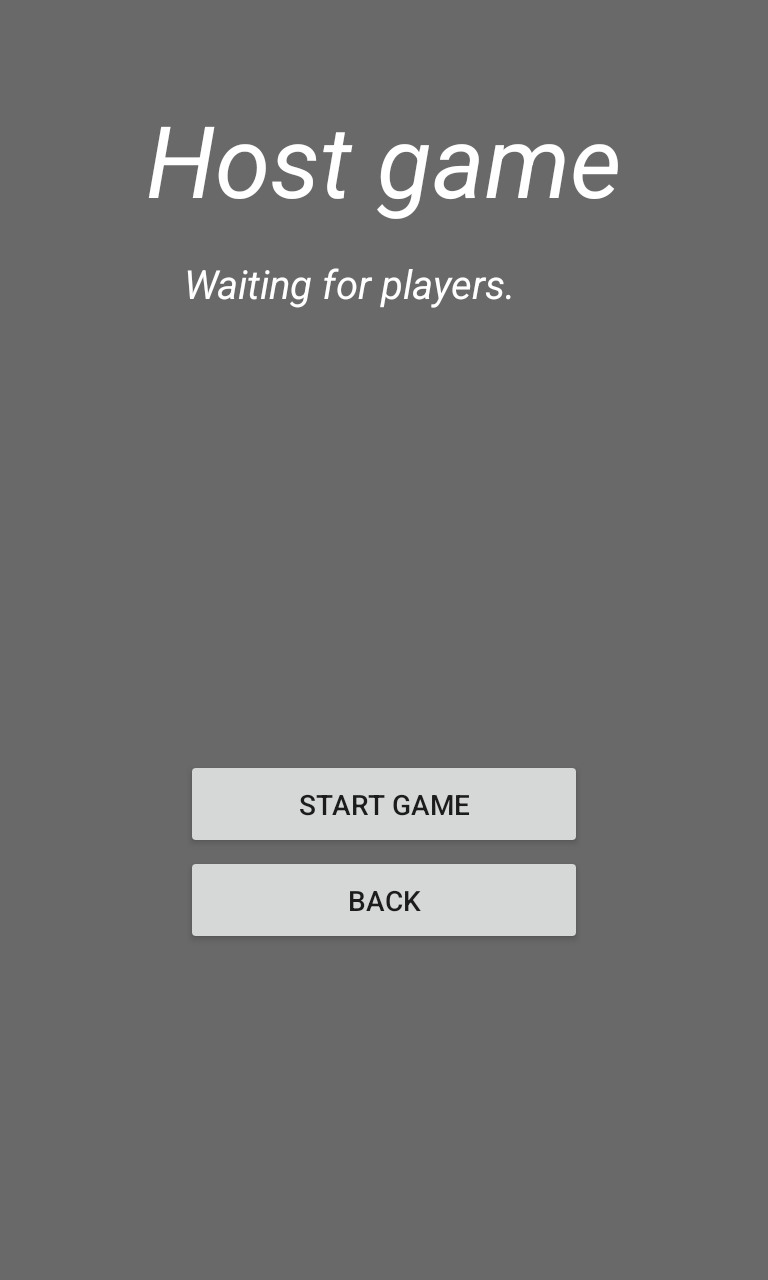
Repository: Hannanina/GuessTag
Layout: GuessTag/res/layout/activity_wait_guest.xml
An editor plug-in stored every save of this project. The layout is shown before and after the next save, followed by the edit.
It is drawn on a 768 x 1280 px phone screen (xhdpi) without system bars, with theme AppTheme; the app's code is not run. Lists and similar views that code fills are empty.

Above is the layout before, as saved 2014-12-10 15:07:51.

### GuessTag/res/layout/activity_wait_guest.xml
<LinearLayout xmlns:android="http://schemas.android.com/apk/res/android"
    xmlns:tools="http://schemas.android.com/tools"
    android:layout_width="match_parent"
    android:layout_height="match_parent"
    android:paddingBottom="@dimen/activity_vertical_margin"
    android:paddingLeft="@dimen/activity_horizontal_margin"
    android:paddingRight="@dimen/activity_horizontal_margin"
    android:paddingTop="@dimen/activity_vertical_margin"
    android:orientation="vertical"
    android:background="@color/DimGray"
    tools:context="com.example.guesstag.WaitGuestActivity" >

    <TextView
        android:id="@+id/host_wait_heading"
        android:layout_marginTop="30dp"
        android:layout_marginBottom="15dp"
        android:layout_width="wrap_content"
	    android:layout_height="wrap_content"
	    android:layout_gravity="center"
	    android:text="@string/host_wait_heading"
	    android:textStyle="italic"
	    android:textSize="50sp"
	    android:textColor="@color/White">
    </TextView>

    <LinearLayout
        android:id="@+id/host_list_container"
        android:orientation="vertical"
        android:layout_width="200dp"
        android:layout_height="250dp"
        android:layout_gravity="center" >

   		<TextView
        	android:id="@+id/waiting_for_players"
        	android:layout_width="wrap_content"
	    	android:layout_height="wrap_content"
	    	android:text="@string/waiting_for_players"
	    	android:textStyle="italic"
	    	android:textSize="20sp"
	    	android:textColor="@color/White">
    	</TextView>

   		<ListView
   		    android:id="@+id/listOfPlayers"
   		    android:layout_width="match_parent"
   		    android:layout_height="fill_parent"
   		     >

   		</ListView>
    </LinearLayout>

    <Button
	    android:id="@+id/button_start_game"
	    android:layout_width="200dp"
	    android:layout_height="48dp"
	    android:layout_gravity="center"
	    android:text="@string/button_start_game"
	    android:clickable="false"
	    android:onClick="onClickStartGame">
	</Button>

    <Button
	    android:id="@+id/button_back"
	    android:layout_width="200dp"
	    android:layout_height="48dp"
	    android:layout_gravity="center"
	    android:text="@string/button_back"
	    android:onClick="onClickBack">
	</Button>

</LinearLayout>

### GuessTag/res/values/colors.xml
<?xml version="1.0" encoding="utf-8"?>
<resources>
 <color name="white">#FFFFFF</color>
 <color name="yellow">#FFFF00</color>
 <color name="fuchsia">#FF00FF</color>
 <color name="red">#FF0000</color>
 <color name="silver">#C0C0C0</color>
 <color name="gray">#808080</color>
 <color name="olive">#808000</color>
 <color name="purple">#800080</color>
 <color name="maroon">#800000</color>
 <color name="aqua">#00FFFF</color>
 <color name="lime">#00FF00</color>
 <color name="teal">#008080</color>
 <color name="green">#008000</color>
 <color name="blue">#0000FF</color>
 <color name="navy">#000080</color>
 <color name="black">#000000</color>


 <color name="White">#FFFFFF</color>
 <color name="Ivory">#FFFFF0</color>
 <color name="LightYellow">#FFFFE0</color>
 <color name="Yellow">#FFFF00</color>
 <color name="Snow">#FFFAFA</color>
 <color name="FloralWhite">#FFFAF0</color>
 <color name="LemonChiffon">#FFFACD</color>
 <color name="Cornsilk">#FFF8DC</color>
 <color name="Seashell">#FFF5EE</color>
 <color name="LavenderBlush">#FFF0F5</color>
 <color name="PapayaWhip">#FFEFD5</color>
 <color name="BlanchedAlmond">#FFEBCD</color>
 <color name="MistyRose">#FFE4E1</color>
 <color name="Bisque">#FFE4C4</color>
 <color name="Moccasin">#FFE4B5</color>
 <color name="NavajoWhite">#FFDEAD</color>
 <color name="PeachPuff">#FFDAB9</color>
 <color name="Gold">#FFD700</color>
 <color name="Pink">#FFC0CB</color>
 <color name="LightPink">#FFB6C1</color>
 <color name="Orange">#FFA500</color>
 <color name="LightSalmon">#FFA07A</color>
 <color name="DarkOrange">#FF8C00</color>
 <color name="Coral">#FF7F50</color>
 <color name="HotPink">#FF69B4</color>
 <color name="Tomato">#FF6347</color>
 <color name="OrangeRed">#FF4500</color>
 <color name="DeepPink">#FF1493</color>
 <color name="Fuchsia">#FF00FF</color>
 <color name="Magenta">#FF00FF</color>
 <color name="Red">#FF0000</color>
 <color name="OldLace">#FDF5E6</color>
 <color name="LightGoldenrodYellow">#FAFAD2</color>
 <color name="Linen">#FAF0E6</color>
 <color name="AntiqueWhite">#FAEBD7</color>
 <color name="Salmon">#FA8072</color>
 <color name="GhostWhite">#F8F8FF</color>
 <color name="MintCream">#F5FFFA</color>
 <color name="WhiteSmoke">#F5F5F5</color>
 <color name="Beige">#F5F5DC</color>
 <color name="Wheat">#F5DEB3</color>
 <color name="SandyBrown">#F4A460</color>
 <color name="Azure">#F0FFFF</color>
 <color name="Honeydew">#F0FFF0</color>
 <color name="AliceBlue">#F0F8FF</color>
 <color name="Khaki">#F0E68C</color>
 <color name="LightCoral">#F08080</color>
 <color name="PaleGoldenrod">#EEE8AA</color>
 <color name="Violet">#EE82EE</color>
 <color name="DarkSalmon">#E9967A</color>
 <color name="Lavender">#E6E6FA</color>
 <color name="LightCyan">#E0FFFF</color>
 <color name="BurlyWood">#DEB887</color>
 <color name="Plum">#DDA0DD</color>
 <color name="Gainsboro">#DCDCDC</color>
 <color name="Crimson">#DC143C</color>
 <color name="PaleVioletRed">#DB7093</color>
 <color name="Goldenrod">#DAA520</color>
 <color name="Orchid">#DA70D6</color>
 <color name="Thistle">#D8BFD8</color>
 <color name="LightGrey">#D3D3D3</color>
 <color name="Tan">#D2B48C</color>
 <color name="Chocolate">#D2691E</color>
 <color name="Peru">#CD853F</color>
 <color name="IndianRed">#CD5C5C</color>
 <color name="MediumVioletRed">#C71585</color>
 <color name="Silver">#C0C0C0</color>
 <color name="DarkKhaki">#BDB76B</color>
 <color name="RosyBrown">#BC8F8F</color>
 <color name="MediumOrchid">#BA55D3</color>
 <color name="DarkGoldenrod">#B8860B</color>
 <color name="FireBrick">#B22222</color>
 <color name="PowderBlue">#B0E0E6</color>
 <color name="LightSteelBlue">#B0C4DE</color>
 <color name="PaleTurquoise">#AFEEEE</color>
 <color name="GreenYellow">#ADFF2F</color>
 <color name="LightBlue">#ADD8E6</color>
 <color name="DarkGray">#A9A9A9</color>
 <color name="Brown">#A52A2A</color>
 <color name="Sienna">#A0522D</color>
 <color name="YellowGreen">#9ACD32</color>
 <color name="DarkOrchid">#9932CC</color>
 <color name="PaleGreen">#98FB98</color>
 <color name="DarkViolet">#9400D3</color>
 <color name="MediumPurple">#9370DB</color>
 <color name="LightGreen">#90EE90</color>
 <color name="DarkSeaGreen">#8FBC8F</color>
 <color name="SaddleBrown">#8B4513</color>
 <color name="DarkMagenta">#8B008B</color>
 <color name="DarkRed">#8B0000</color>
 <color name="BlueViolet">#8A2BE2</color>
 <color name="LightSkyBlue">#87CEFA</color>
 <color name="SkyBlue">#87CEEB</color>
 <color name="Gray">#808080</color>
 <color name="Olive">#808000</color>
 <color name="Purple">#800080</color>
 <color name="Maroon">#800000</color>
 <color name="Aquamarine">#7FFFD4</color>
 <color name="Chartreuse">#7FFF00</color>
 <color name="LawnGreen">#7CFC00</color>
 <color name="MediumSlateBlue">#7B68EE</color>
 <color name="LightSlateGray">#778899</color>
 <color name="SlateGray">#708090</color>
 <color name="OliveDrab">#6B8E23</color>
 <color name="SlateBlue">#6A5ACD</color>
 <color name="DimGray">#696969</color>
 <color name="MediumAquamarine">#66CDAA</color>
 <color name="CornflowerBlue">#6495ED</color>
 <color name="CadetBlue">#5F9EA0</color>
 <color name="DarkOliveGreen">#556B2F</color>
 <color name="Indigo">#4B0082</color>
 <color name="MediumTurquoise">#48D1CC</color>
 <color name="DarkSlateBlue">#483D8B</color>
 <color name="SteelBlue">#4682B4</color>
 <color name="RoyalBlue">#4169E1</color>
 <color name="Turquoise">#40E0D0</color>
 <color name="MediumSeaGreen">#3CB371</color>
 <color name="LimeGreen">#32CD32</color>
 <color name="DarkSlateGray">#2F4F4F</color>
 <color name="SeaGreen">#2E8B57</color>
 <color name="ForestGreen">#228B22</color>
 <color name="LightSeaGreen">#20B2AA</color>
 <color name="DodgerBlue">#1E90FF</color>
 <color name="MidnightBlue">#191970</color>
 <color name="Aqua">#00FFFF</color>
 <color name="Cyan">#00FFFF</color>
 <color name="SpringGreen">#00FF7F</color>
 <color name="Lime">#00FF00</color>
 <color name="MediumSpringGreen">#00FA9A</color>
 <color name="DarkTurquoise">#00CED1</color>
 <color name="DeepSkyBlue">#00BFFF</color>
 <color name="DarkCyan">#008B8B</color>
 <color name="Teal">#008080</color>
 <color name="Green">#008000</color>
 <color name="DarkGreen">#006400</color>
 <color name="Blue">#0000FF</color>
 <color name="MediumBlue">#0000CD</color>
 <color name="DarkBlue">#00008B</color>
 <color name="Navy">#000080</color>
 <color name="Black">#000000</color>
</resources>

### GuessTag/res/values/strings.xml
<?xml version="1.0" encoding="utf-8"?>
<resources>

    <string name="app_name">guess#</string>
    <string name="hello_world">Hello world!</string>
    <string name="action_settings">Settings</string>

    <!-- BACK BUTTON -->
    <string name="button_back">Back</string>

    <!-- START ACTIVITY -->
    <string name="start_heading">guess#</string>
    <string name="button_start">New game</string>
    <string name="button_highscore">Highscore</string>
    <string name="button_rules">Rules</string>
    <string name="title_activity_rules">RulesActivity</string>

    <!-- RULES ACTIVITY -->
    <string name="rules_heading">Rules</string>
    <string name="rules_text">Lorem ipsum dolor sit amet, consectetuer adipiscing elit, sed diam nonummy nibh euismod tincidunt ut laoreet dolore magna aliquam erat volutpat. Ut wisi enim ad minim veniam, quis nostrud exerci tation ullamcorper suscipit lobortis nisl ut aliquip ex ea commodo consequat. Duis autem vel eum iriure dolor in hendrerit in vulputate velit esse molestie consequat, vel illum dolore eu feugiat nulla facilisis at vero eros et accumsan et iusto odio dignissim qui blandit praesent luptatum zzril delenit augue duis dolore te feugait nulla facilisi. Nam liber tempor cum soluta nobis eleifend option congue nihil imperdiet doming id quod mazim placerat facer possim assum. Typi non habent claritatem insitam; est usus legentis in iis qui facit eorum claritatem. Investigationes demonstraverunt lectores legere me lius quod ii legunt saepius. Claritas est etiam processus dynamicus, qui sequitur mutationem consuetudium lectorum. Mirum est notare quam littera gothica, quam nunc putamus parum claram, anteposuerit litterarum formas humanitatis per seacula quarta decima et quinta decima. Eodem modo typi, qui nunc nobis videntur parum clari, fiant sollemnes in futurum.</string>

    <!-- NEW ACTIVITY -->
    <string name="new_heading">New game</string>
    <string name="button_host">Host game</string>
    <string name="button_join">Join game</string>

    <!-- HOST ACTIVITY -->
    <string name="host_heading">Host game</string>
    <string name="game_name_instruction">Input game name</string>
    <string name="difficulty_setting_instruction">Set difficulty</string>
    <string name="input_game_name">Input game name</string>
    <string name="difficulty_setting_level">medium</string>
    <string name="button_create">Create game</string>

    <!-- WAIT HOST ACTIVITY -->
    <string name="host_wait_heading">Host game</string>
    <string name="waiting_for_players">Waiting for players.</string>
    <string name="button_start_game">Start game</string>

    <!-- WAIT GUEST ACTIVITY -->
    <string name="guest_wait_heading">Finding games.</string>

    <!-- INPUT TAG ACTIVITY -->
    <string name="title_activity_input_tag">InputTagActivity</string>
    <string name="title_activity_select_tagger">SelectTaggerActivity</string>

    <!-- TIMER ACTIVITY -->
    <string name="title_activity_timer">TimerActivity</string>
    <string name="title_activity_host">HostActivity</string>
    <string name="title_activity_guess_tag">GuessTagActivity</string>
    <string name="title_activity_result_round">ResultRoundActivity</string>
    <string name="title_activity_join_game">JoinGameActivity</string>
    <string name="title_activity_result_final">ResultFinalActivity</string>

    <!-- HIGHSCORE ACTIVITY -->
    <string name="title_activity_highscore">HighscoreActivity</string>
    <string name="title_section1">Easy</string>
    <string name="title_section2">Medium</string>
    <string name="title_section3">Hard</string>
    <string name="title_activity_wait_host">WaitHostActivity</string>
    <string name="title_activity_wait_guest">WaitGuestActivity</string>

</resources>

Loaded but not shown: GuessTag/res/values/styles.xml (common file); GuessTag/res/values-v11/styles.xml (common file); GuessTag/res/values-v14/styles.xml (common file); GuessTag/res/values/dimens.xml (common file); GuessTag/res/values-w820dp/dimens.xml (common file)

After the next save:
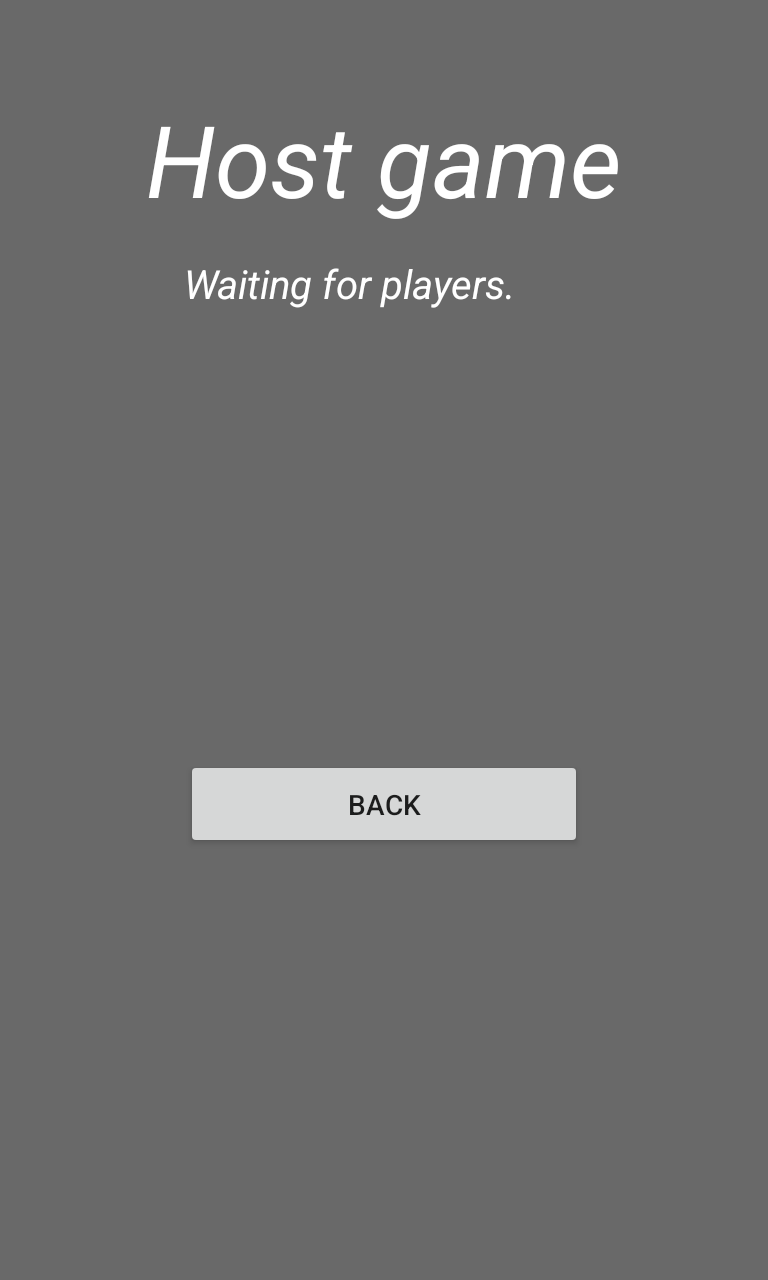
Saved 102 s later.
--- a/GuessTag/res/layout/activity_wait_guest.xml
+++ b/GuessTag/res/layout/activity_wait_guest.xml
@@ -50,16 +50,6 @@
     </LinearLayout>
 
     <Button
-	    android:id="@+id/button_start_game"
-	    android:layout_width="200dp"
-	    android:layout_height="48dp"
-	    android:layout_gravity="center"
-	    android:text="@string/button_start_game"
-	    android:clickable="false"
-	    android:onClick="onClickStartGame">
-	</Button>
-
-    <Button
 	    android:id="@+id/button_back"
 	    android:layout_width="200dp"
 	    android:layout_height="48dp"
